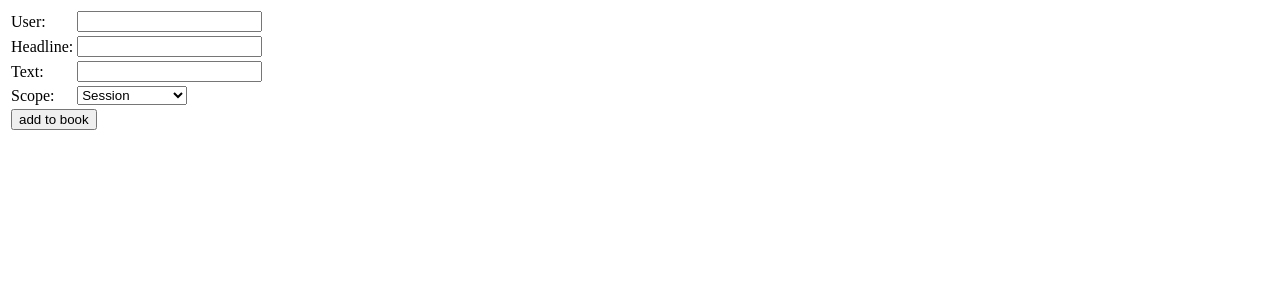
Repository: davidm15/FirstServlet
Page: http://localhost/Planetbook/
The author's editor kept a copy of each file at every save. The page is drawn from the files as they stood at one save, then again after the next save.
The browser window is 1280 px wide. The pictures show the whole page.
The page is served by Tomcat 9. Other server files are loaded and not shown.

Above is the page before, as saved 2017-03-19 12:31:03.

### Planetbook/WebContent/index.jsp
<!DOCTYPE html>
<html>
<head>
<meta charset="UTF-8">
<title>Insert title here</title>
</head>
<body>

	<form method="post" action="planet">

		<table>
			<tr>
				<td>User:</td>
				<td><input type="text" name="name"></td>
			</tr>
			<tr>
				<td>Headline:</td>
				<td><input type="text" name="surface"></td>
			</tr>
			<tr>
				<td>Text:</td>
				<td><input type="number" name="size"></td>
			</tr>

			<tr>
				<td>Scope:</td>
				<td><select name="scope">
						<option value="session">Session</option>
						<option value="servletContext">ServletContext</option>
				</select></td>
			</tr>
			<tr>
				<td colspan="2"><input type="submit" name="submit"
					value="add to book"></td>
			</tr>

		</table>

	</form>

</body>
</html>

After the next save:
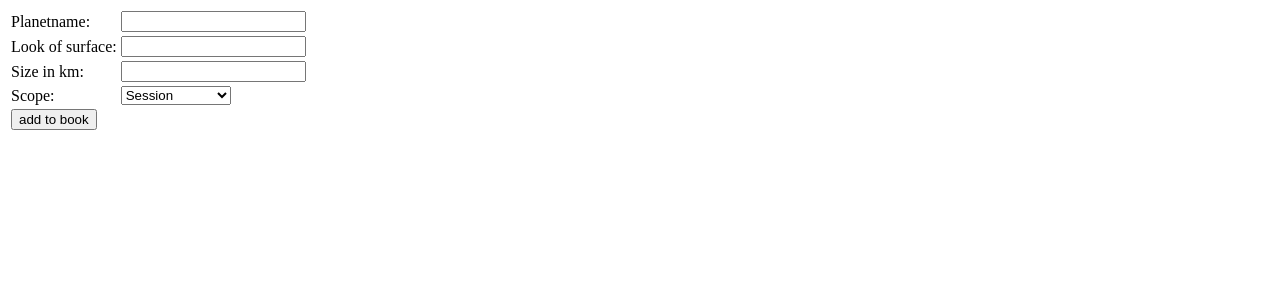
Saved 2 min 49 s later.
--- a/Planetbook/WebContent/index.jsp
+++ b/Planetbook/WebContent/index.jsp
@@ -10,15 +10,15 @@
 
 		<table>
 			<tr>
-				<td>User:</td>
+				<td>Planetname:</td>
 				<td><input type="text" name="name"></td>
 			</tr>
 			<tr>
-				<td>Headline:</td>
+				<td>Look of surface:</td>
 				<td><input type="text" name="surface"></td>
 			</tr>
 			<tr>
-				<td>Text:</td>
+				<td>Size in km:</td>
 				<td><input type="number" name="size"></td>
 			</tr>
 
